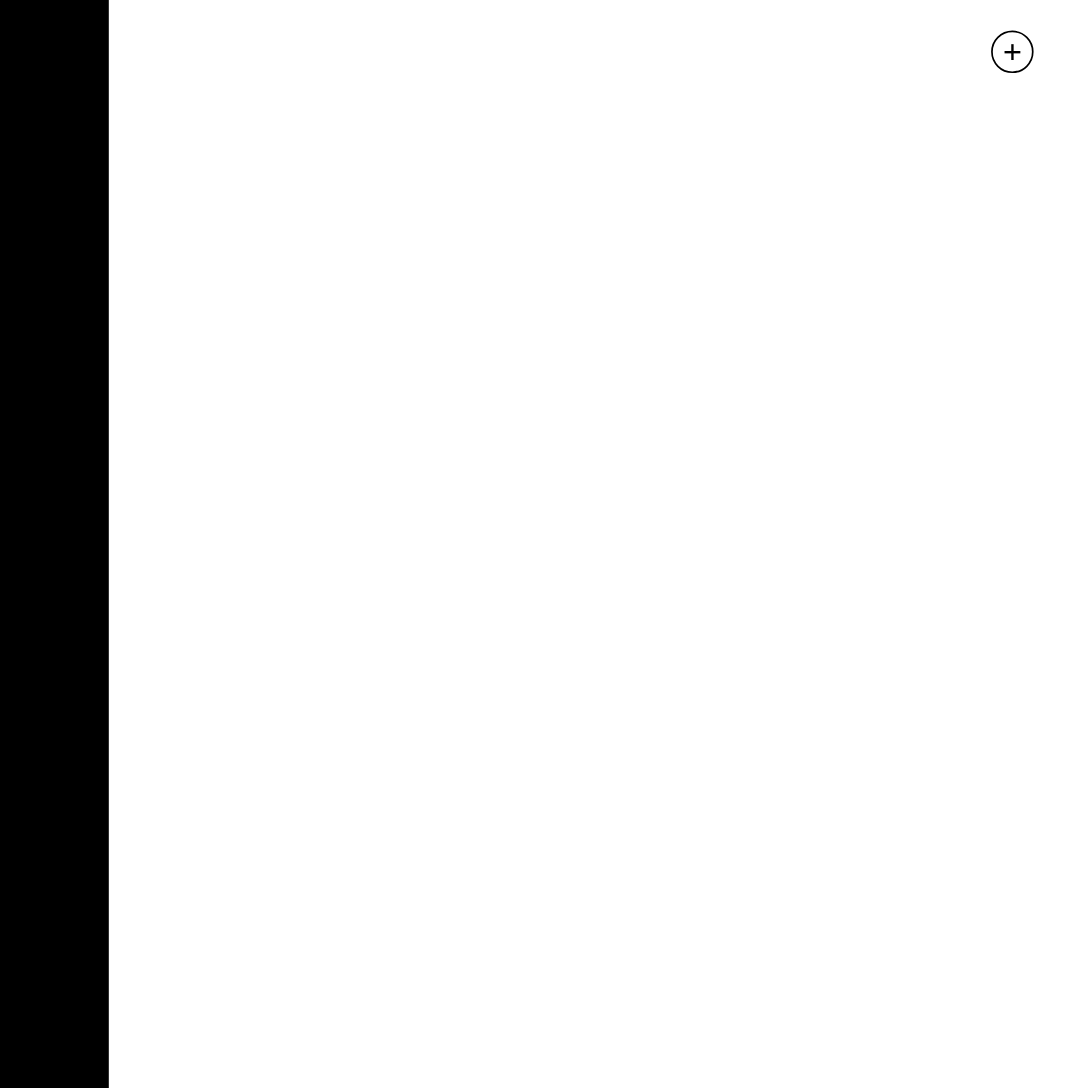
Repository: Przemian/Day-13-Javascript-Menu
Page: index.html
The author's editor kept a copy of each file at every save. The page is drawn from the files as they stood at one save, then again after the next save.
The browser window is 1280 px wide. The pictures show the whole page, at 85% of full size.
After loading, the first visible `div.circle` was clicked once.

Above is the page before, as saved 2020-07-31 19:56:37.

After the next save:
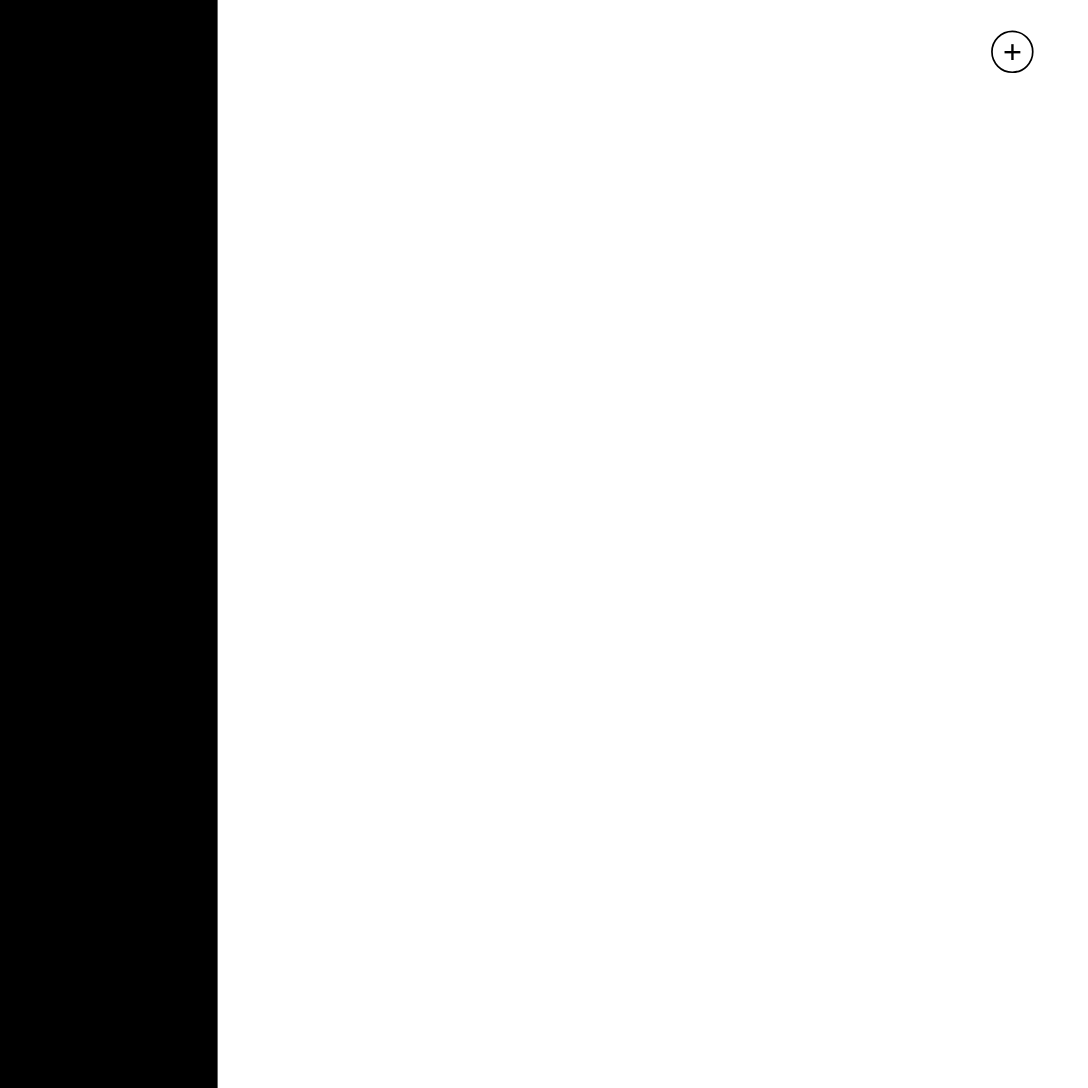
Saved 23 s later.
--- a/exercise.js
+++ b/exercise.js
@@ -9,5 +9,5 @@ const menu = document.querySelector('.menu')
 circle.addEventListener('click', function () {
     console.log('kliknięcie');
     cross.style.transform = "translate(-50%,-50%),rotate(360deg)";
-
+    menu.style.width = "20vw";
 })
